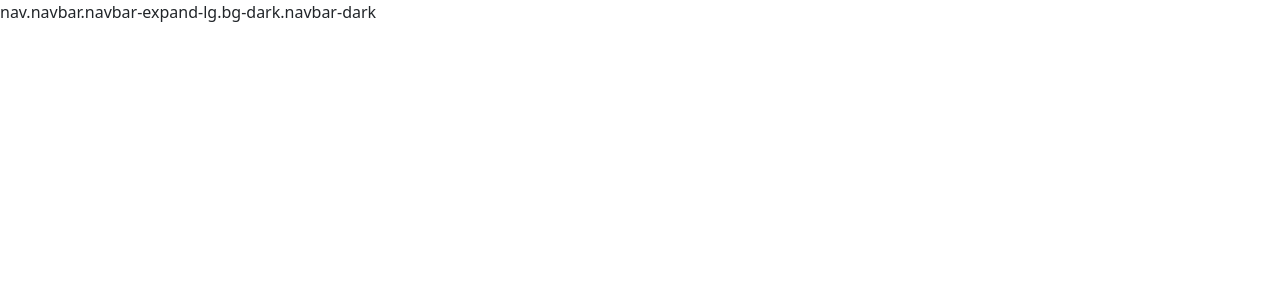
Repository: HaziimYassien/Front-End-BootCamp-__BootStrap-Project
Page: Front End BootCamp2/index.html
An editor plug-in stored every save of this project. The page is shown before and after the next save, followed by the edit.
The browser window is 1280 px wide. The pictures show the whole page.

Above is the page before, as saved 2024-01-12 01:49:54.

After the next save:
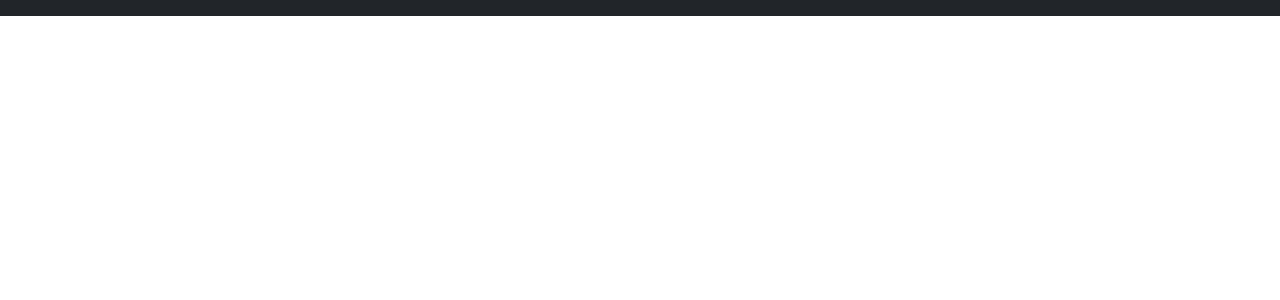
Saved 12 s later.
--- a/Front End BootCamp2/index.html
+++ b/Front End BootCamp2/index.html
@@ -13,7 +13,7 @@
     <link rel="stylesheet" href="style.css" />
   </head>
   <body>
-    nav.navbar.navbar-expand-lg.bg-dark.navbar-dark
+    <nav class="navbar navbar-expand-lg bg-dark navbar-dark"></nav>
 
     <script
       src="https://cdn.jsdelivr.net/npm/bootstrap@5.3.2/dist/js/bootstrap.bundle.min.js"
